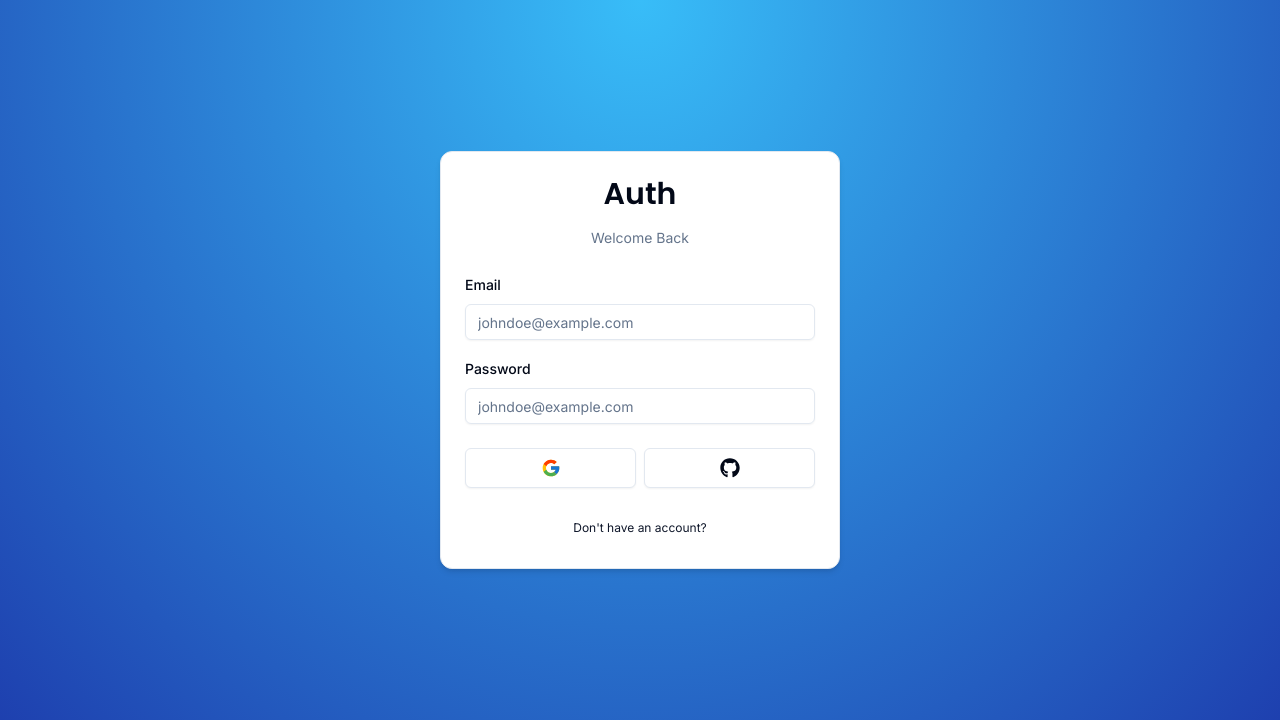
Repository: DevLaukey/next-auth-role-based
Page: /auth/login
The author's editor kept a copy of each file at every save. The page is drawn from the files as they stood at one save, then again after the next save.
The browser window is 1280 px wide. The pictures show the whole page.
The project was rebuilt for these pictures with package versions that can differ from the ones it lists, and the page was loaded fresh each time. The framework's server and built-in components were replaced by stand-ins that run in the browser. Also part of the build but not shown: next.config.js.

Above is the page before, as saved 2024-01-16 02:43:33.

### app/auth/layout.tsx
import React from "react";

function AuthLayout({ children }: { children: React.ReactNode }) {
  return (
    <div className="h-full flex items-center justify-center  bg-[radial-gradient(ellipse_at_top,_var(--tw-gradient-stops))] from-sky-400 to-blue-800">
      {children}
    </div>
  );
}

export default AuthLayout;

### app/auth/login/page.tsx
import { LoginForm } from "@/components/auth/login-form"

function LoginPage() {
  return (
   <LoginForm/>
  )
}

export default LoginPage

### components/auth/login-form.tsx
"use client"
import * as z from "zod"

import { CardWrapper } from "./card-wrapper";
import { useForm } from "react-hook-form"
import { zodResolver } from "@hookform/resolvers/zod";
import { LoginSchema } from "@/schemas";
import { Form, FormControl, FormField, FormItem, FormLabel, FormMessage } from "@/components/ui/form"
import { Input } from "../ui/input";

export const LoginForm = () => {
  const form = useForm<z.infer<typeof LoginSchema>>({
    resolver: zodResolver(LoginSchema),
    defaultValues: {
      email: "",
      password: "",
    }
  });


  return (
    <CardWrapper
      headerLabel="Welcome Back"
      backButtonLabel="Don't have an account?"
      backButtonHref="/auth/register"
      showSocial
    >
      <Form {...form}>
        <form
          onSubmit={form.handleSubmit((data) => console.log(data))}
          className="space-y-6"
        >
          <div className="space-y-4">
            <FormField
              control={form.control}
              name="email"
              render={({ field }) => (
                <FormItem>
                  <FormLabel>Email</FormLabel>
                  <FormControl />
                  <Input
                    {...field}
                    placeholder="johndoe@example.com"
                    type="email"
                  />
                  <FormMessage {...field} />
                </FormItem>
              )}
            />
            <FormField
              control={form.control}
              name="password"
              render={({ field }) => (
                <FormItem>
                  <FormLabel>Password</FormLabel>
                  <FormControl />
                  <Input
                    {...field}
                    placeholder="johndoe@example.com"
                    type="password"
                  />
                  <FormMessage {...field} />
                </FormItem>
              )}
            />
          </div>
        </form>
      </Form>
    </CardWrapper>
  );
};

### components/auth/card-wrapper.tsx
"use client";

import { Card, CardContent, CardFooter, CardHeader } from "../ui/card";
import { BackButton } from "./back-button";
import { Header } from "./header";
import { Socials } from "./socials";

interface CardWrapperProps {
  children: React.ReactNode;
  headerLabel: string;
  backButtonLabel: string;
  backButtonHref: string;
  showSocial: boolean;
}

export const CardWrapper = ({
  children,
  headerLabel,
  backButtonLabel,
  backButtonHref,
  showSocial,
}: CardWrapperProps) => {
  return (
    <Card className="w-[400px] shadow-md">
      <CardHeader>
        <Header label={headerLabel} />
      </CardHeader>
          <CardContent>{children}</CardContent>
          {
              showSocial && (<CardFooter>
                  <Socials />
              </CardFooter>)
          }
          <CardFooter>
              <BackButton label={backButtonLabel}
                  href={ backButtonHref} />

          </CardFooter>
    </Card>
  );
};

### schemas/index.ts
import * as z from "zod"

export const LoginSchema = z.object({
    email: z.string().email(),
    password: z.string()
});

### components/ui/form.tsx
import * as React from "react"
import * as LabelPrimitive from "@radix-ui/react-label"
import { Slot } from "@radix-ui/react-slot"
import {
  Controller,
  ControllerProps,
  FieldPath,
  FieldValues,
  FormProvider,
  useFormContext,
} from "react-hook-form"

import { cn } from "@/lib/utils"
import { Label } from "@/components/ui/label"

const Form = FormProvider

type FormFieldContextValue<
  TFieldValues extends FieldValues = FieldValues,
  TName extends FieldPath<TFieldValues> = FieldPath<TFieldValues>
> = {
  name: TName
}

const FormFieldContext = React.createContext<FormFieldContextValue>(
  {} as FormFieldContextValue
)

const FormField = <
  TFieldValues extends FieldValues = FieldValues,
  TName extends FieldPath<TFieldValues> = FieldPath<TFieldValues>
>({
  ...props
}: ControllerProps<TFieldValues, TName>) => {
  return (
    <FormFieldContext.Provider value={{ name: props.name }}>
      <Controller {...props} />
    </FormFieldContext.Provider>
  )
}

const useFormField = () => {
  const fieldContext = React.useContext(FormFieldContext)
  const itemContext = React.useContext(FormItemContext)
  const { getFieldState, formState } = useFormContext()

  const fieldState = getFieldState(fieldContext.name, formState)

  if (!fieldContext) {
    throw new Error("useFormField should be used within <FormField>")
  }

  const { id } = itemContext

  return {
    id,
    name: fieldContext.name,
    formItemId: `${id}-form-item`,
    formDescriptionId: `${id}-form-item-description`,
    formMessageId: `${id}-form-item-message`,
    ...fieldState,
  }
}

type FormItemContextValue = {
  id: string
}

const FormItemContext = React.createContext<FormItemContextValue>(
  {} as FormItemContextValue
)

const FormItem = React.forwardRef<
  HTMLDivElement,
  React.HTMLAttributes<HTMLDivElement>
>(({ className, ...props }, ref) => {
  const id = React.useId()

  return (
    <FormItemContext.Provider value={{ id }}>
      <div ref={ref} className={cn("space-y-2", className)} {...props} />
    </FormItemContext.Provider>
  )
})
FormItem.displayName = "FormItem"

const FormLabel = React.forwardRef<
  React.ElementRef<typeof LabelPrimitive.Root>,
  React.ComponentPropsWithoutRef<typeof LabelPrimitive.Root>
>(({ className, ...props }, ref) => {
  const { error, formItemId } = useFormField()

  return (
    <Label
      ref={ref}
      className={cn(error && "text-destructive", className)}
      htmlFor={formItemId}
      {...props}
    />
  )
})
FormLabel.displayName = "FormLabel"

const FormControl = React.forwardRef<
  React.ElementRef<typeof Slot>,
  React.ComponentPropsWithoutRef<typeof Slot>
>(({ ...props }, ref) => {
  const { error, formItemId, formDescriptionId, formMessageId } = useFormField()

  return (
    <Slot
      ref={ref}
      id={formItemId}
      aria-describedby={
        !error
          ? `${formDescriptionId}`
          : `${formDescriptionId} ${formMessageId}`
      }
      aria-invalid={!!error}
      {...props}
    />
  )
})
FormControl.displayName = "FormControl"

const FormDescription = React.forwardRef<
  HTMLParagraphElement,
  React.HTMLAttributes<HTMLParagraphElement>
>(({ className, ...props }, ref) => {
  const { formDescriptionId } = useFormField()

  return (
    <p
      ref={ref}
      id={formDescriptionId}
      className={cn("text-[0.8rem] text-muted-foreground", className)}
      {...props}
    />
  )
})
FormDescription.displayName = "FormDescription"

const FormMessage = React.forwardRef<
  HTMLParagraphElement,
  React.HTMLAttributes<HTMLParagraphElement>
>(({ className, children, ...props }, ref) => {
  const { error, formMessageId } = useFormField()
  const body = error ? String(error?.message) : children

  if (!body) {
    return null
  }

  return (
    <p
      ref={ref}
      id={formMessageId}
      className={cn("text-[0.8rem] font-medium text-destructive", className)}
      {...props}
    >
      {body}
    </p>
  )
})
FormMessage.displayName = "FormMessage"

export {
  useFormField,
  Form,
  FormItem,
  FormLabel,
  FormControl,
  FormDescription,
  FormMessage,
  FormField,
}

### components/ui/input.tsx
import * as React from "react"

import { cn } from "@/lib/utils"

export interface InputProps
  extends React.InputHTMLAttributes<HTMLInputElement> {}

const Input = React.forwardRef<HTMLInputElement, InputProps>(
  ({ className, type, ...props }, ref) => {
    return (
      <input
        type={type}
        className={cn(
          "flex h-9 w-full rounded-md border border-input bg-transparent px-3 py-1 text-sm shadow-sm transition-colors file:border-0 file:bg-transparent file:text-sm file:font-medium placeholder:text-muted-foreground focus-visible:outline-none focus-visible:ring-1 focus-visible:ring-ring disabled:cursor-not-allowed disabled:opacity-50",
          className
        )}
        ref={ref}
        {...props}
      />
    )
  }
)
Input.displayName = "Input"

export { Input }

### components/ui/card.tsx
import * as React from "react"

import { cn } from "@/lib/utils"

const Card = React.forwardRef<
  HTMLDivElement,
  React.HTMLAttributes<HTMLDivElement>
>(({ className, ...props }, ref) => (
  <div
    ref={ref}
    className={cn(
      "rounded-xl border bg-card text-card-foreground shadow",
      className
    )}
    {...props}
  />
))
Card.displayName = "Card"

const CardHeader = React.forwardRef<
  HTMLDivElement,
  React.HTMLAttributes<HTMLDivElement>
>(({ className, ...props }, ref) => (
  <div
    ref={ref}
    className={cn("flex flex-col space-y-1.5 p-6", className)}
    {...props}
  />
))
CardHeader.displayName = "CardHeader"

const CardTitle = React.forwardRef<
  HTMLParagraphElement,
  React.HTMLAttributes<HTMLHeadingElement>
>(({ className, ...props }, ref) => (
  <h3
    ref={ref}
    className={cn("font-semibold leading-none tracking-tight", className)}
    {...props}
  />
))
CardTitle.displayName = "CardTitle"

const CardDescription = React.forwardRef<
  HTMLParagraphElement,
  React.HTMLAttributes<HTMLParagraphElement>
>(({ className, ...props }, ref) => (
  <p
    ref={ref}
    className={cn("text-sm text-muted-foreground", className)}
    {...props}
  />
))
CardDescription.displayName = "CardDescription"

const CardContent = React.forwardRef<
  HTMLDivElement,
  React.HTMLAttributes<HTMLDivElement>
>(({ className, ...props }, ref) => (
  <div ref={ref} className={cn("p-6 pt-0", className)} {...props} />
))
CardContent.displayName = "CardContent"

const CardFooter = React.forwardRef<
  HTMLDivElement,
  React.HTMLAttributes<HTMLDivElement>
>(({ className, ...props }, ref) => (
  <div
    ref={ref}
    className={cn("flex items-center p-6 pt-0", className)}
    {...props}
  />
))
CardFooter.displayName = "CardFooter"

export { Card, CardHeader, CardFooter, CardTitle, CardDescription, CardContent }

### components/auth/back-button.tsx
"use client";

import Link from "next/link";
import { Button } from "../ui/button";

interface BackButtonProps {
  label: string;
  href: string;
}
export const BackButton = ({ href, label }: BackButtonProps) => {
  return (
    <Button className="w-full font-normal" variant="link" size="sm" asChild>
      <Link href={href}>{label}</Link>
    </Button>
  );
};

### components/auth/header.tsx
import { Poppins } from "next/font/google";
import { cn } from "@/lib/utils";

const font = Poppins({
  subsets: ["latin"],
  weight: ["600"],
});

interface HeaderProps {
  label: string;
}

export const Header = ({ label }: HeaderProps) => {
  return (
    <div className="w-full flex flex-col gap-y-4 items-center justify-center">
      <h1 className={cn("text-3xl font-semibold", font.className)}>Auth</h1>
      <p className="text-muted-foreground text-sm">{label}</p>
    </div>
  );
};

### components/auth/socials.tsx
"use client";

import { FcGoogle } from "react-icons/fc";
import {FaGithub } from "react-icons/fa";
import { Button } from "../ui/button";

export const Socials = () => {
  return (
    <div className="flex items-center w-full gap-x-2">
      <Button className="w-full" variant="outline" size="lg">
        <FcGoogle className=" h-5 w-5" />
      </Button>
      <Button className="w-full" variant="outline" size="lg">
        <FaGithub className=" h-5 w-5" />
      </Button>
    </div>
  );
};

### components/ui/label.tsx
"use client"

import * as React from "react"
import * as LabelPrimitive from "@radix-ui/react-label"
import { cva, type VariantProps } from "class-variance-authority"

import { cn } from "@/lib/utils"

const labelVariants = cva(
  "text-sm font-medium leading-none peer-disabled:cursor-not-allowed peer-disabled:opacity-70"
)

const Label = React.forwardRef<
  React.ElementRef<typeof LabelPrimitive.Root>,
  React.ComponentPropsWithoutRef<typeof LabelPrimitive.Root> &
    VariantProps<typeof labelVariants>
>(({ className, ...props }, ref) => (
  <LabelPrimitive.Root
    ref={ref}
    className={cn(labelVariants(), className)}
    {...props}
  />
))
Label.displayName = LabelPrimitive.Root.displayName

export { Label }

### components/ui/button.tsx
import * as React from "react"
import { Slot } from "@radix-ui/react-slot"
import { cva, type VariantProps } from "class-variance-authority"

import { cn } from "@/lib/utils"

const buttonVariants = cva(
  "inline-flex items-center justify-center whitespace-nowrap rounded-md text-sm font-medium transition-colors focus-visible:outline-none focus-visible:ring-1 focus-visible:ring-ring disabled:pointer-events-none disabled:opacity-50",
  {
    variants: {
      variant: {
        default:
          "bg-primary text-primary-foreground shadow hover:bg-primary/90",
        destructive:
          "bg-destructive text-destructive-foreground shadow-sm hover:bg-destructive/90",
        outline:
          "border border-input bg-background shadow-sm hover:bg-accent hover:text-accent-foreground",
        secondary:
          "bg-secondary text-secondary-foreground shadow-sm hover:bg-secondary/80",
        ghost: "hover:bg-accent hover:text-accent-foreground",
        link: "text-primary underline-offset-4 hover:underline",
      },
      size: {
        default: "h-9 px-4 py-2",
        sm: "h-8 rounded-md px-3 text-xs",
        lg: "h-10 rounded-md px-8",
        icon: "h-9 w-9",
      },
    },
    defaultVariants: {
      variant: "default",
      size: "default",
    },
  }
)

export interface ButtonProps
  extends React.ButtonHTMLAttributes<HTMLButtonElement>,
    VariantProps<typeof buttonVariants> {
  asChild?: boolean
}

const Button = React.forwardRef<HTMLButtonElement, ButtonProps>(
  ({ className, variant, size, asChild = false, ...props }, ref) => {
    const Comp = asChild ? Slot : "button"
    return (
      <Comp
        className={cn(buttonVariants({ variant, size, className }))}
        ref={ref}
        {...props}
      />
    )
  }
)
Button.displayName = "Button"

export { Button, buttonVariants }

Loaded but not shown: app/layout.tsx (common file); app/globals.css (common file); lib/utils.ts (common file); tailwind.config.ts (common file)

After the next save:
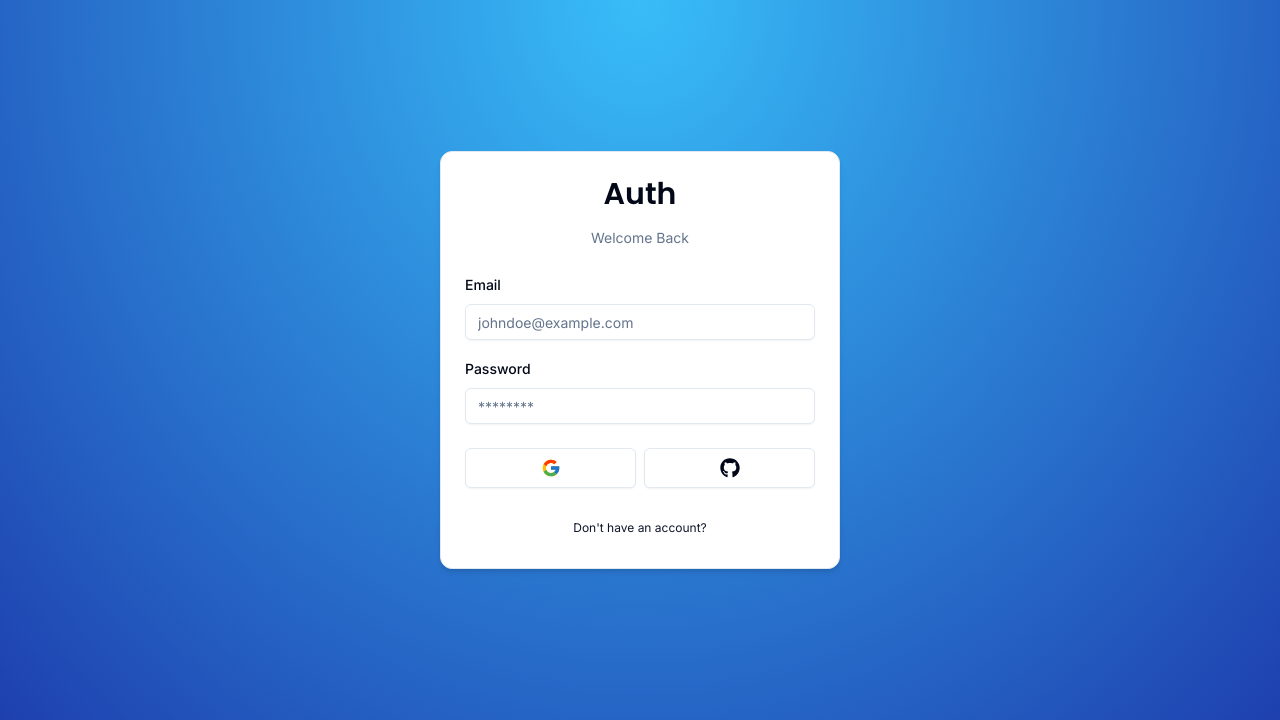
Saved 22 s later.
--- a/components/auth/login-form.tsx
+++ b/components/auth/login-form.tsx
@@ -56,7 +56,7 @@ export const LoginForm = () => {
                   <FormControl />
                   <Input
                     {...field}
-                    placeholder="johndoe@example.com"
+                    placeholder="********"
                     type="password"
                   />
                   <FormMessage {...field} />
